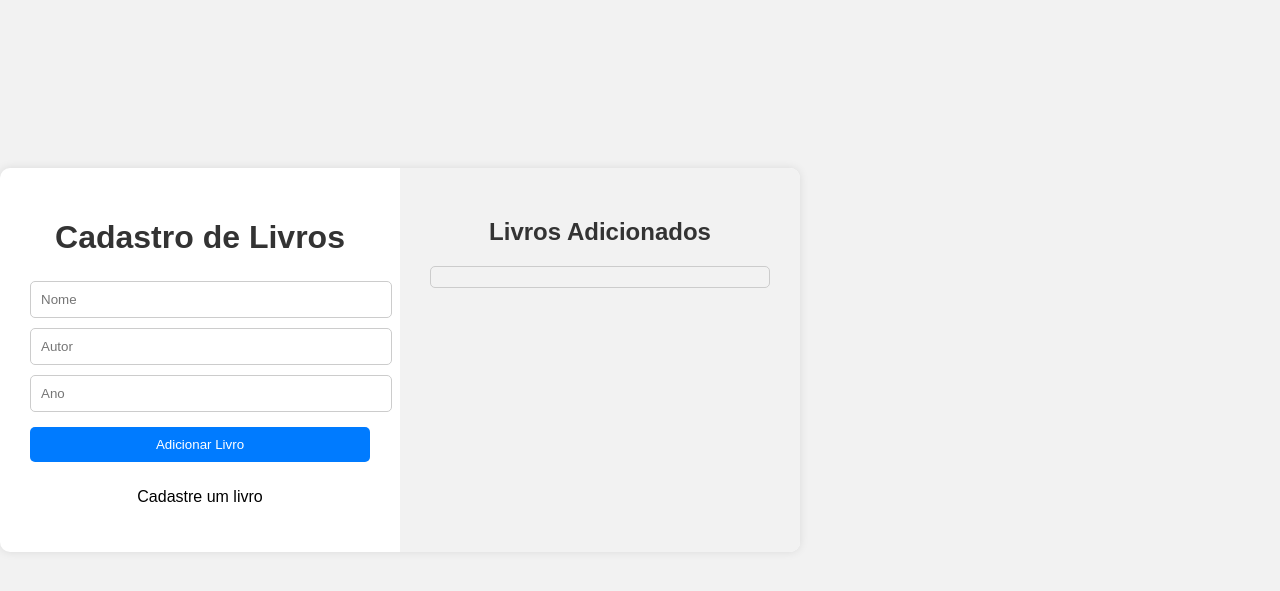
Repository: Matheus904-12/JS-BIN
Page: index.html
An editor plug-in stored every save of this project. The page is shown before and after the next save, followed by the edit.
The browser window is 1280 px wide. The pictures show the whole page.

Above is the page before, as saved 2023-08-15 20:01:13.

### index.html
<!DOCTYPE html>
<html lang="pt-br">
<head>
    <meta charset="UTF-8">
    <meta name="viewport" content="width=device-width, initial-scale=1.0">
    <title>Cadastro de Livros</title>
    <link rel="stylesheet" href="style.css">
    <link rel="stylesheet" href="">
</head>

<body>
    <div class="container">
        <div class="cadastro-box">
            <h1>Cadastro de Livros</h1>
            <input id="nomeLivro" placeholder="Nome" type="text">
            <input id="autorLivro" placeholder="Autor" type="text">
            <input id="anoLivro" placeholder="Ano" type="number">
            <button onclick="adicionar();">Adicionar Livro</button>
            <p id="contadorLivros">Cadastre um livro</p>
        </div>
        <div class="registros-box">
            <h2>Livros Adicionados</h2>
            <div id="livros" class="livros-box"></div>
        </div>
    </div>
    <div class="notification-carousel" id="notification-carousel"></div>
    <div class="carrossel-box">
        <div class="carrossel" id="carrossel"></div>
    </div>
    <script>

         //--Inicio da caixa--//

         let biblioteca = [];

let n = 0;
while (n < 3) {
    n++;
}

function cadastro(nome, autor, ano) {
    var livro = {
        nome: nome,
        autor: autor,
        ano: ano
    };
    biblioteca.push(livro);
    atualizarContador();
    mostrarLivros();
}

function adicionar() {
    let nome = document.getElementById('nomeLivro').value;
    let autor = document.getElementById('autorLivro').value;
    let ano = document.getElementById('anoLivro').value;
    cadastro(nome, autor, ano);
}

function mostrarLivros() {
    const livrosDiv = document.getElementById('livros');
    livrosDiv.innerHTML = '';

    for (let i = 0; i < biblioteca.length; i++) {
        const livro = biblioteca[i];
        const livroDiv = document.createElement('div');
        livroDiv.classList.add('livro');

        const infoDiv = document.createElement('div');
        const nomeAutor = document.createElement('h3');
        nomeAutor.textContent = `Nome: ${livro.nome}, Autor: ${livro.autor}`;
        infoDiv.appendChild(nomeAutor);

        const ano = document.createElement('p');
        ano.textContent = `Ano: ${livro.ano}`;
        infoDiv.appendChild(ano);

        const btnDiv = document.createElement('div');
        const mostrarBtn = document.createElement('button');
        mostrarBtn.textContent = 'Mostrar';
        mostrarBtn.onclick = function() {
            console.log(`Nome: ${livro.nome}, Autor: ${livro.autor}, Ano: ${livro.ano}`);
        };
        btnDiv.appendChild(mostrarBtn);

        const apagarBtn = document.createElement('button');
        apagarBtn.textContent = 'Apagar';
        apagarBtn.onclick = function() {
            biblioteca.splice(i, 1);
            mostrarLivros();
            atualizarContador();
        };
        btnDiv.appendChild(apagarBtn);

        livroDiv.appendChild(infoDiv);
        livroDiv.appendChild(btnDiv);

        livrosDiv.appendChild(livroDiv);
    }
}

function apagarLivros() {
    biblioteca = [];
    atualizarContador();
    mostrarLivros();
    console.log('Biblioteca apagada');
}

function atualizarContador() {
    const contador = document.getElementById('contadorLivros');
    if (biblioteca.length === 0) {
        contador.textContent = 'Cadastre um livro';
    } else {
        contador.textContent = `${biblioteca.length} livro${biblioteca.length === 1 ? '' : 's'} cadastrado${biblioteca.length === 1 ? '' : 's'}`;
    }
}

//--Fim da caixa--//

//--Inicio das Notificações--//

function showNotification(message, isSuccess) {
    const notification = document.getElementById('notification');
    notification.textContent = message;
    notification.style.backgroundColor = isSuccess ? '#28a745' : '#dc3545';
    notification.style.transform = 'translate(-50%, -50%) scale(1)';
    notification.style.display = 'block';

    setTimeout(() => {
        notification.style.backgroundColor = 'transparent';
        notification.style.transform = 'translate(-50%, -50%) scale(0)';
        setTimeout(() => {
            notification.style.display = 'none';
        }, 1000);
    }, 2000);
}

let notifications = [];
let currentNotificationIndex = 0;

function showNotification(message, isSuccess) {
    const notificationCarousel = document.getElementById('notification-carousel');
    const newNotification = document.createElement('div');
    newNotification.textContent = message;
    newNotification.style.backgroundColor = isSuccess ? '#28a745' : '#dc3545';
    newNotification.classList.add('notification');
    notificationCarousel.appendChild(newNotification);

    notifications.push(newNotification);
    startCarousel();
}

//--Fim das Notificações--//

//-- Início do carrossel --//

let carrosselIndex = 0;

function startCarrossel() {
    const carrossel = document.getElementById('carrossel');
    carrossel.innerHTML = '';

    for (let i = 0; i < biblioteca.length; i++) {
        const livro = biblioteca[i];
        const capaDiv = document.createElement('div');
        capaDiv.classList.add('capa');
        // Adicione aqui a URL da capa do livro
        capaDiv.style.backgroundImage = `url('URL_DA_CAPA_DO_LIVRO')`;

        carrossel.appendChild(capaDiv);
    }

    carrosselIndex = 0;
    showNextCarrosselItem();
}

function showNextCarrosselItem() {
    const carrossel = document.getElementById('carrossel');
    const capas = carrossel.querySelectorAll('.capa');

    if (capas.length > 0) {
        capas[carrosselIndex].style.opacity = '1';

        setTimeout(() => {
            capas[carrosselIndex].style.opacity = '0';
            carrosselIndex = (carrosselIndex + 1) % capas.length;
            showNextCarrosselItem();
        }, 3000); // Troca a cada 3 segundos (3000 milissegundos)
    }
}

//-- Fim do carrossel --//

//-- Início das Notificações --//

function showNotification(message, isSuccess) {
    const notificationCarousel = document.getElementById('notification-carousel');
    const newNotification = document.createElement('div');
    newNotification.textContent = message;
    newNotification.style.backgroundColor = isSuccess ? '#28a745' : '#dc3545';
    newNotification.classList.add('notification');
    notificationCarousel.appendChild(newNotification);

    notifications.push(newNotification);
    startCarousel();
}

    </script>
</body>
</html>

### style.css
body {
    font-family: 'Arial', sans-serif;
    background-color: #f2f2f2;
    margin: 0;
    padding: 0;
    display: flex;
    justify-content: center;
    align-items: center;
    min-height: 100vh;
}

.container {
    display: flex;
    flex-direction: row;
    background-color: #fff;
    border-radius: 10px;
    box-shadow: 0px 0px 10px rgba(0, 0, 0, 0.1);
    text-align: center;
    overflow: hidden;
    width: 800px;
}

.cadastro-box {
    flex: 1;
    padding: 30px;
    text-align: center;
}

.cadastro-box h1 {
    color: #333;
    margin-bottom: 20px;
}

.cadastro-box input {
    width: 100%;
    padding: 10px;
    margin: 5px 0;
    border: 1px solid #ccc;
    border-radius: 5px;
}

.cadastro-box button {
    width: 100%;
    padding: 10px;
    margin: 10px 0;
    background-color: #007bff;
    color: #fff;
    border: none;
    border-radius: 5px;
    cursor: pointer;
    transition: background-color 0.3s;
}

.cadastro-box button:hover {
    background-color: #0056b3;
}

.cadastro-box button:last-child {
    background-color: #dc3545;
}

.cadastro-box button:last-child:hover {
    background-color: #c82333;
}

.registros-box {
    flex: 1;
    background-color: #f2f2f2;
    padding: 30px;
    text-align: center;
    overflow: hidden;
}

.registros-box h2 {
    color: #333;
    margin-bottom: 20px;
}

.livros-box {
    border: 1px solid #ccc;
    padding: 10px;
    margin-top: 20px;
    border-radius: 5px;
    overflow-y: auto;
    max-height: 300px;
}

.livro {
    display: flex;
    justify-content: space-between;
    align-items: center;
    margin-bottom: 10px;
    padding: 5px;
    border-bottom: 1px solid #ddd;
}

.livro h3 {
    margin: 0;
    font-size: 16px;
}

.livro button {
    background-color: #007bff;
    color: #fff;
    border: none;
    border-radius: 3px;
    padding: 5px 10px;
    cursor: pointer;
    transition: background-color 0.3s;
}

.livro button:hover {
    background-color: #0056b3;
}

.notification-carousel {
    position: absolute;
    top: 50%;
    left: 50%;
    transform: translate(-50%, -50%);
    width: 100%;
    text-align: center;
    z-index: 1;
    pointer-events: none;
}

.notification {
    position: absolute;
    top: 50%;
    left: 50%;
    transform: translate(-50%, -50%) scale(0);
    display: none;
    padding: 10px 20px;
    color: #fff;
    border-radius: 5px;
    z-index: 2;
}

.carrossel-box {
    flex: 1;
    position: relative; /* Adiciona uma posição relativa para que o carrossel possa ser posicionado dentro da div */
    overflow: hidden; /* Esconde qualquer conteúdo que ultrapasse as dimensões da div */
}

.carrossel {
    display: flex; /* Permite que as capas dos livros fiquem em linha */
    transition: transform 0.5s; /* Adiciona uma transição suave para a animação do carrossel */
}

.capa {
    flex: 0 0 100%; /* Define o tamanho das capas para ocupar todo o espaço do carrossel */
    height: 100%; /* Garante que a altura seja a mesma do carrossel */
    background-size: cover; /* Redimensiona a imagem para preencher todo o espaço */
    background-position: center; /* Centraliza a imagem dentro da div */
    opacity: 0; /* Inicialmente, as capas estarão invisíveis */
    transition: opacity 0.5s; /* Adiciona uma transição suave para a animação de aparecimento/invisibilidade */
}

/* ... Outros estilos ... */

After the next save:
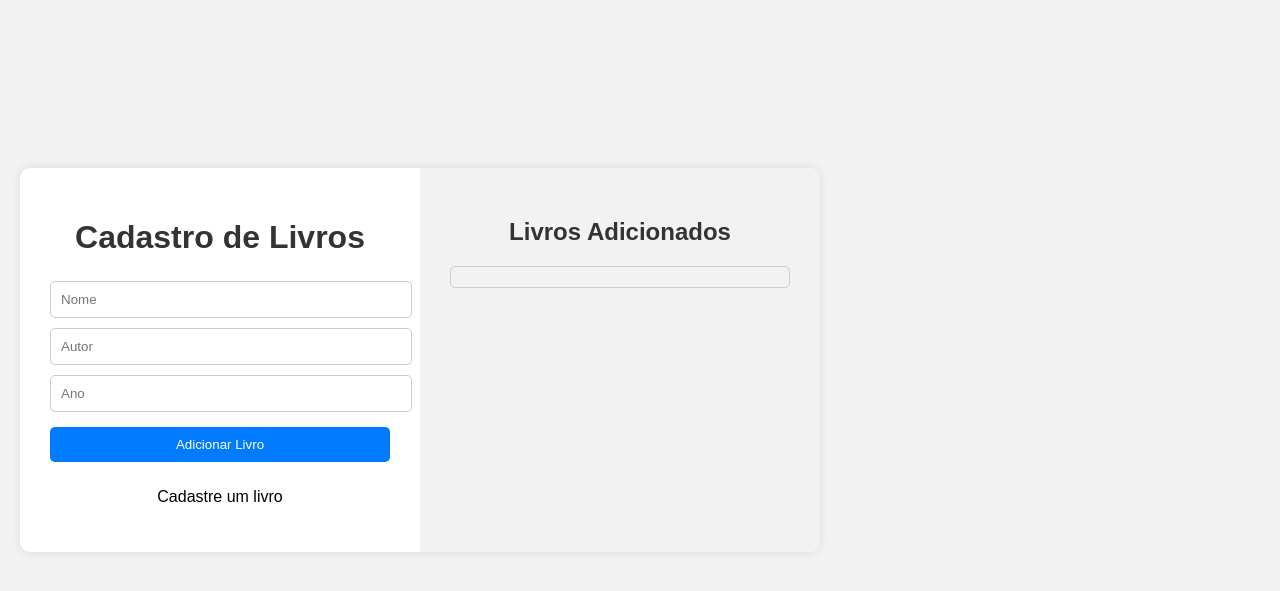
Saved 14 min 5 s later.
--- a/style.css
+++ b/style.css
@@ -18,6 +18,7 @@ body {
     text-align: center;
     overflow: hidden;
     width: 800px;
+    margin: 20px;
 }
 
 .cadastro-box {
@@ -155,5 +156,3 @@ body {
     opacity: 0; /* Inicialmente, as capas estarão invisíveis */
     transition: opacity 0.5s; /* Adiciona uma transição suave para a animação de aparecimento/invisibilidade */
 }
-
-/* ... Outros estilos ... */
